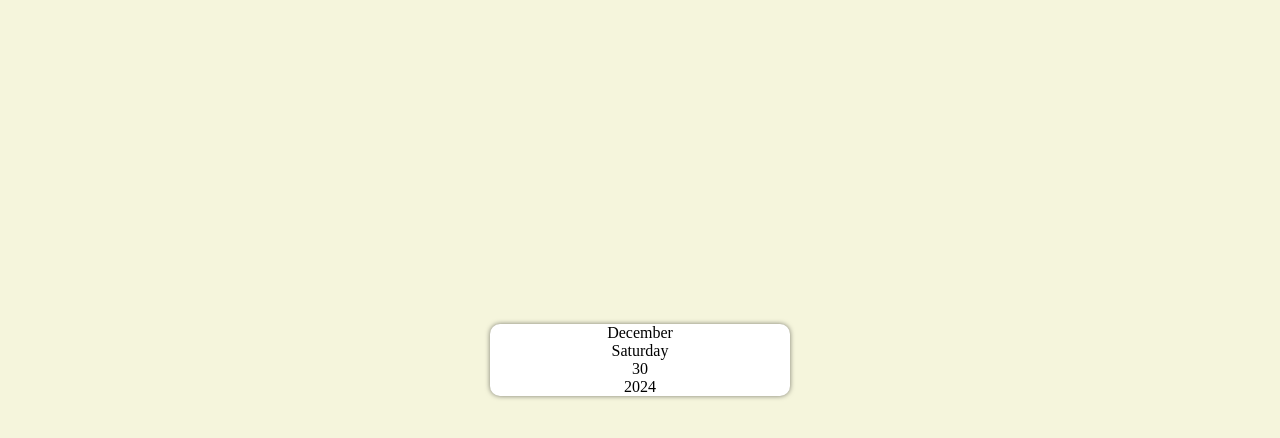
Repository: JunaidAnsari202/Mini-Calender
Page: index.html
These files come from the project's save history. The page is drawn as it stood at one moment and after a run of saves; the edit follows.
The browser window is 1280 px wide. The pictures show the whole page.

Above is the page before, as saved 2024-11-10 11:44:10.

After the next 9 saves:
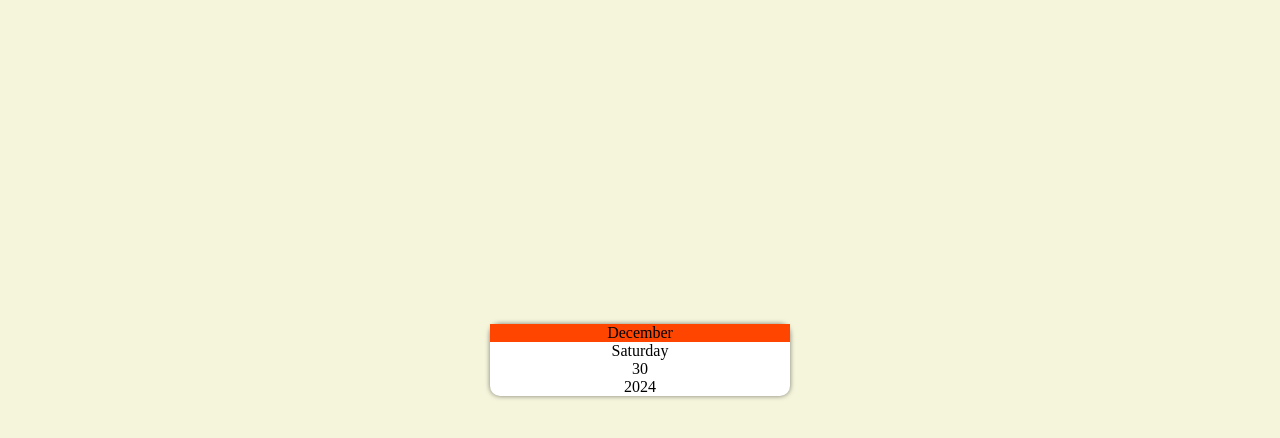
The 9 saves are shown as one change because they came seconds apart.
The last was saved 34 s later.
--- a/style.css
+++ b/style.css
@@ -20,3 +20,8 @@
     text-align: center;
     border: none;
 }
+
+.month{
+    background-color: orangered;
+
+}
